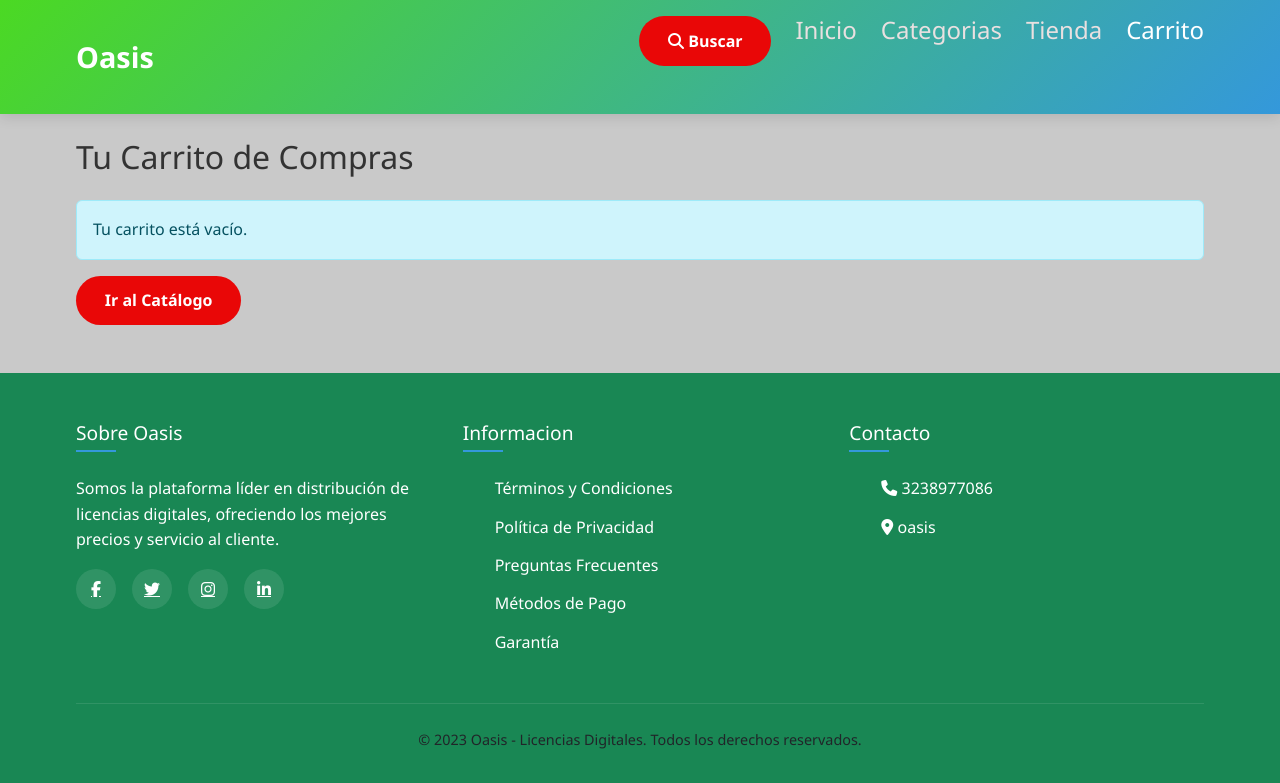
Repository: chicharo2025/oasis
Page: http://localhost/carrito/
These files come from the project's save history. The page is drawn as it stood at one moment and after the next save; the edit follows.
The browser window is 1280 px wide. The pictures show the whole page.
The page is served by the project's application, run on Django 5.2 (django_techstore/manage.py). Other server files are loaded and not shown.

Above is the page before, as saved 2025-04-21 23:45:46.

### django_techstore/productos/templates/productos/carrito.html
{% load static %}
{% include "productos/menu.html" %}

{% block contenido %}
<div class="container mt-4">
    <h2 class="mb-4">Tu Carrito de Compras</h2>

    {% if items_carrito %}
    <div class="table-responsive">
        <table class="table">
            <thead>
                <tr>
                    <th>Producto</th>
                    <th>Precio Unitario</th>
                    <th>Cantidad</th>
                    <th>Subtotal</th>
                    <th>Acciones</th>
                </tr>
            </thead>
            <tbody>
                {% for item in items_carrito %}
                <tr>
                    <td>
                        <div class="d-flex align-items-center">
                            {% if item.producto.imagen %}
                            <img src="{{ item.producto.imagen.url }}" alt="{{ item.producto.nombre }}" class="img-thumbnail" style="width: 80px; height: 80px; object-fit: cover;">
                            {% endif %}
                            <div class="ms-3">
                                <h5>{{ item.producto.nombre }}</h5>
                            </div>
                        </div>
                    </td>
                    <td>${{ item.producto.precio }}</td>
                    <td>
                        <div class="d-flex align-items-center">
                            <a href="{% url 'restar_del_carrito' item.id %}" class="btn btn-sm btn-outline-secondary">-</a>
                            <span class="mx-2">{{ item.cantidad }}</span>
                            <a href="{% url 'añadir_al_carrito' item.id %}" class="btn btn-sm btn-outline-secondary">+</a>
                        </div>
                    </td>
                    <td>${{ item.subtotal }}</td>
                    <td>
                        <a href="{% url 'eliminar_del_carrito' item.id %}" class="btn btn-sm btn-danger">Eliminar</a>
                    </td>
                </tr>
                {% endfor %}
            </tbody>
            <tfoot>
                <tr>
                    <td colspan="3" class="text-end"><strong>Total:</strong></td>
                    <td colspan="2"><strong>${{ total }}</strong></td>
                </tr>
            </tfoot>
        </table>
    </div>

    <div class="d-flex justify-content-between mt-4">
        <a href="{% url 'limpiar_carrito' %}" class="btn btn-warning">Limpiar Carrito</a>
        <a href="{% url 'catalogo' %}" class="btn btn-primary">Seguir Comprando</a>
        <a href="#" class="btn btn-success">Proceder al Pago</a>
    </div>
    {% else %}
    <div class="alert alert-info">
        Tu carrito está vacío.
    </div>
    <a href="{% url 'catalogo' %}" class="btn btn-primary">Ir al Catálogo</a>
    {% endif %}
</div>
{% endblock %}

{% include "productos/footer.html" %}

### django_techstore/productos/templates/productos/menu.html

{% load static %}

<!DOCTYPE html>
<html lang="es">
<head>
    <meta charset="UTF-8">
    <title>OASIS</title>
    <link rel="icon" href="{% static 'img/icon-5577198_1280.png' %}">
    <link href="https://cdn.jsdelivr.net/npm/bootstrap@5.3.3/dist/css/bootstrap.min.css" rel="stylesheet">
    <link rel="stylesheet" href="https://cdnjs.cloudflare.com/ajax/libs/font-awesome/6.5.0/css/all.min.css">
    <link rel="stylesheet" href="{% static 'css/styles.css' %}">
    <script src="static/js/buscador.js"></script>
  </head>
  <body>
    <header>
        <div class="container">
            <div class="header-content">
                <div class="logo">
                    <a href="{% url 'index' %}" class="logo-text">Oasis</a>
                </div>
                <nav>
                    <ul>
                        <form method="get" action="{% url 'product_search' %}">
                            {% csrf_token %}
                            <div class="input-group mb-3">
                            {{ form.query }}
                            <div class="input-group-append">
                                <button class="btn btn-primary" type="submit">
                                <i class="fas fa-search"></i> Buscar
                                </button>
                            </div>
                            </div>
                        </form>
                        <h4><li><a href="{% url 'index' %}">Inicio</a></li></h4>
                        <h4><li><a href="{% url 'lista' %}">Categorias</a></li></h4>
                        <h4><li><a href="{% url 'catalogo' %}">Tienda</a></li></h4>
                        <h4><li class="nav-item">
                                <a class="nav-link" href="{% url 'carrito' %}">
                                    Carrito
                                    {% if request.session.carrito %}
                                    <span class="badge bg-danger">
                                        {{ request.session.carrito|length }}
                                    </span>
                                    {% endif %}
                                </a>
                        </h4></li>
                    </ul>
                </nav>
            </div>
        </div>
    </header>
</body>


<script src="https://cdn.jsdelivr.net/npm/bootstrap@5.3.3/dist/js/bootstrap.bundle.min.js"></script>

### django_techstore/productos/templates/productos/footer.html
    <!-- Footer -->
    <footer class="bg-success text-white mt-5">
        <div class="container">
            <div class="footer-content">
                <div class="footer-column">
                    <h3>Sobre Oasis</h3>
                    <p>Somos la plataforma líder en distribución de licencias digitales, ofreciendo los mejores precios y servicio al cliente.</p>

                    <div class="social-links">
                        <a href="#"><i class="fab fa-facebook-f"></i></a>
                        <a href="#"><i class="fab fa-twitter"></i></a>
                        <a href="#"><i class="fab fa-instagram"></i></a>
                        <a href="#"><i class="fab fa-linkedin-in"></i></a>
                    </div>
                </div>

                <div class="footer-column">
                    <h3>Informacion</h3>
                    <ul>

                        <li><i></i>Términos y Condiciones </li>
                        <li><i></i>Política de Privacidad </li>
                        <li><i></i>Preguntas Frecuentes </li>
                        <li><i></i> Métodos de Pago</li>
                        <li><i></i>Garantía</li>
                    </ul>
                </div>

                <div class="footer-column">
                    <h3>Contacto</h3>
                    <ul>
                        <li><i class="fas fa-phone"></i> 3238977086</li>
                        <li><i class="fas fa-map-marker-alt"></i> oasis</li>
                    </ul>
                </div>
            </div>

            <div class="footer-bottom text-dark">
                <p>&copy; 2023 Oasis - Licencias Digitales. Todos los derechos reservados.</p>
            </div>
        </div>
    </footer>

### django_techstore/productos/views.py
from django.shortcuts import render, get_object_or_404, redirect
from .models import Producto, Categoria
from django.contrib import messages
from decimal import Decimal
from django.views.generic import ListView
from django.db.models import Q
from django.http import JsonResponse

def index(request):
    categorias = Categoria.objects.all()
    productos_oferta = Producto.objects.filter(en_oferta=True)
    productos = Producto.objects.filter(destacado=True)[:4]
    return render(request, 'productos/index.html', {
        'categorias': categorias,
        'productos_oferta': productos_oferta,
        'productos': productos,
    })

def detalle_producto(request, producto_id):
    producto = get_object_or_404(Producto, id=producto_id)
    return render(request, 'productos/detalle.html', {'producto': producto})

def lista(request):
    categoria_id = request.GET.get('categoria')
    categorias = Categoria.objects.all()

    if categoria_id:
        productos = Producto.objects.filter(categoria_id=categoria_id)
    else:
        productos = Producto.objects.all()

    return render(request, 'productos/lista.html', {
        'productos': productos,
        'categorias': categorias,
        'categoria_seleccionada': categoria_id,
    })

def catalogo(request):
    productos = Producto.objects.all()
    return render(request, 'productos/catalogo.html', {'productos': productos})

def carrito(request):
    carrito = request.session.get('carrito', {})

    # Preparar los datos del carrito para la plantilla
    items_carrito = []
    total = Decimal('0.00')

    for producto_id, item in carrito.items():
        producto = get_object_or_404(Producto, id=producto_id)
        subtotal = Decimal(item['precio']) * item['cantidad']
        total += subtotal

        items_carrito.append({
            'producto': producto,
            'cantidad': item['cantidad'],
            'subtotal': subtotal,
            'id': producto_id
        })

    return render(request, 'productos/carrito.html', {
        'items_carrito': items_carrito,
        'total': total
    })

def añadir_al_carrito(request, producto_id):
    producto = get_object_or_404(Producto, id=producto_id)

    carrito = request.session.get('carrito', {})

    producto_id_str = str(producto.id)

    if producto_id_str in carrito:
        carrito[producto_id_str]['cantidad'] += 1
        messages.success(request, f'Cantidad de {producto.nombre} actualizada en el carrito')
    else:
        carrito[producto_id_str] = {
            'nombre': producto.nombre,
            'precio': str(producto.precio),
            'cantidad': 1,
            'imagen': producto.imagen.url if producto.imagen else ''
        }
        messages.success(request, f'{producto.nombre} añadido al carrito')

    request.session['carrito'] = carrito
    return redirect(request.META.get('HTTP_REFERER', 'catalogo'))

def restar_del_carrito(request, producto_id):
    producto = get_object_or_404(Producto, id=producto_id)
    producto_id_str = str(producto_id)

    carrito = request.session.get('carrito', {})

    if producto_id_str in carrito:
        if carrito[producto_id_str]['cantidad'] > 1:
            carrito[producto_id_str]['cantidad'] -= 1
            messages.success(request, f'Cantidad de {producto.nombre} reducida en el carrito')
        else:
            del carrito[producto_id_str]
            messages.success(request, f'{producto.nombre} eliminado del carrito')

        request.session['carrito'] = carrito
    else:
        messages.error(request, 'El producto no está en el carrito')

    return redirect('carrito')

def eliminar_del_carrito(request, producto_id):
    producto = get_object_or_404(Producto, id=producto_id)
    producto_id_str = str(producto_id)

    carrito = request.session.get('carrito', {})

    if producto_id_str in carrito:
        del carrito[producto_id_str]
        messages.success(request, f'{producto.nombre} eliminado del carrito')
        request.session['carrito'] = carrito
    else:
        messages.error(request, 'El producto no está en el carrito')

    return redirect('carrito')

def limpiar_carrito(request):
    if 'carrito' in request.session:
        del request.session['carrito']
        messages.success(request, 'Carrito vaciado correctamente')
    return redirect('carrito')



class ProductSearchView(ListView):
    model = Producto
    template_name = 'productos/buscar.html'
    context_object_name = 'productos'

    def get_queryset(self):
        query = self.request.GET.get('q', '')
        if query:
            # Versión corregida usando objetos Q() correctamente
            return Producto.objects.filter(
                Q(name__icontains=query) |
                Q(description__icontains=query) |
                Q(category__name__icontains=query)
            ).distinct()
        return Producto.objects.none()

def product_autocomplete(request):
    if 'term' in request.GET:
        query = request.GET.get('term', '')
        products = Producto.objects.filter(name__icontains=query)[:10]
        results = [{
            'label': p.name,
            'value': p.name,
            'url': p.get_absolute_url()
        } for p in products]
        return JsonResponse(results, safe=False)
    return JsonResponse([], safe=False)

### django_techstore/django_techstore/urls.py
from django.contrib import admin
from django.urls import path
from django.conf import settings
from django.conf.urls.static import static
from django.contrib import admin
from django.urls import path, include

urlpatterns = [
    path('admin/', admin.site.urls),
    path('', include('productos.urls')),
]+ static(settings.MEDIA_URL, document_root=settings.MEDIA_ROOT)

### django_techstore/productos/urls.py
from django.urls import path
from django.conf.urls.static import static
from django.conf import settings
from . import views
from .views import ProductSearchView, product_autocomplete

urlpatterns = [
    path('', views.index, name='index'),
    path('producto/<int:producto_id>/', views.detalle_producto, name='detalle_producto'),
    path('lista/', views.lista, name='lista'),
    path('catalogo/', views.catalogo, name='catalogo'),
    path('carrito/', views.carrito, name='carrito'),
    path('añadir-al-carrito/<int:producto_id>/', views.añadir_al_carrito, name='añadir_al_carrito'),
    path('restar-del-carrito/<int:producto_id>/', views.restar_del_carrito, name='restar_del_carrito'),
    path('eliminar-del-carrito/<int:producto_id>/', views.eliminar_del_carrito, name='eliminar_del_carrito'),
    path('limpiar-carrito/', views.limpiar_carrito, name='limpiar_carrito'),
    path('buscar/', ProductSearchView.as_view(), name='product_search'),
    path('autocomplete/', product_autocomplete, name='product_autocomplete'),
]+ static(settings.MEDIA_URL, document_root=settings.MEDIA_ROOT)

Loaded but not shown: django_techstore/static/js/buscador.js (81 lines, source omitted); django_techstore/static/css/styles.css (589 lines, source omitted)

After the next save:
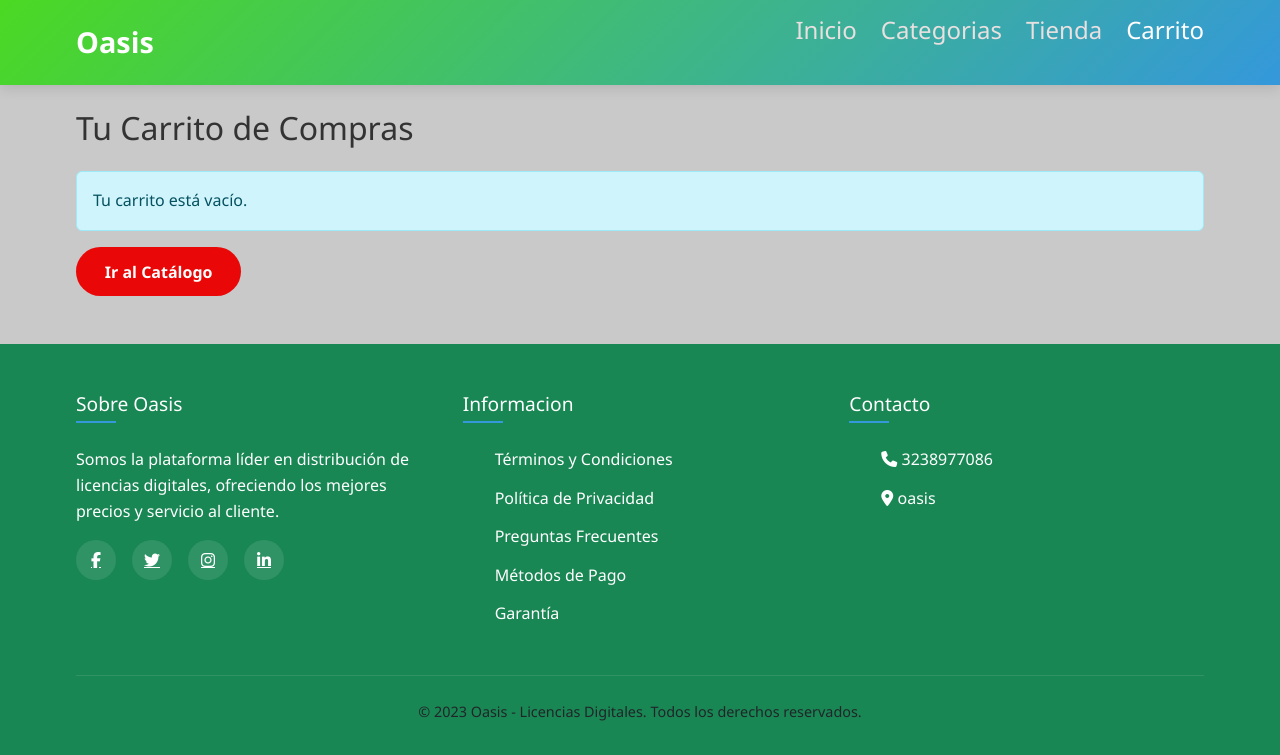
Saved 61 s later.
--- a/django_techstore/productos/templates/productos/menu.html
+++ b/django_techstore/productos/templates/productos/menu.html
@@ -21,17 +21,7 @@
                 </div>
                 <nav>
                     <ul>
-                        <form method="get" action="{% url 'product_search' %}">
-                            {% csrf_token %}
-                            <div class="input-group mb-3">
-                            {{ form.query }}
-                            <div class="input-group-append">
-                                <button class="btn btn-primary" type="submit">
-                                <i class="fas fa-search"></i> Buscar
-                                </button>
-                            </div>
-                            </div>
-                        </form>
+
                         <h4><li><a href="{% url 'index' %}">Inicio</a></li></h4>
                         <h4><li><a href="{% url 'lista' %}">Categorias</a></li></h4>
                         <h4><li><a href="{% url 'catalogo' %}">Tienda</a></li></h4>

After the save that followed:
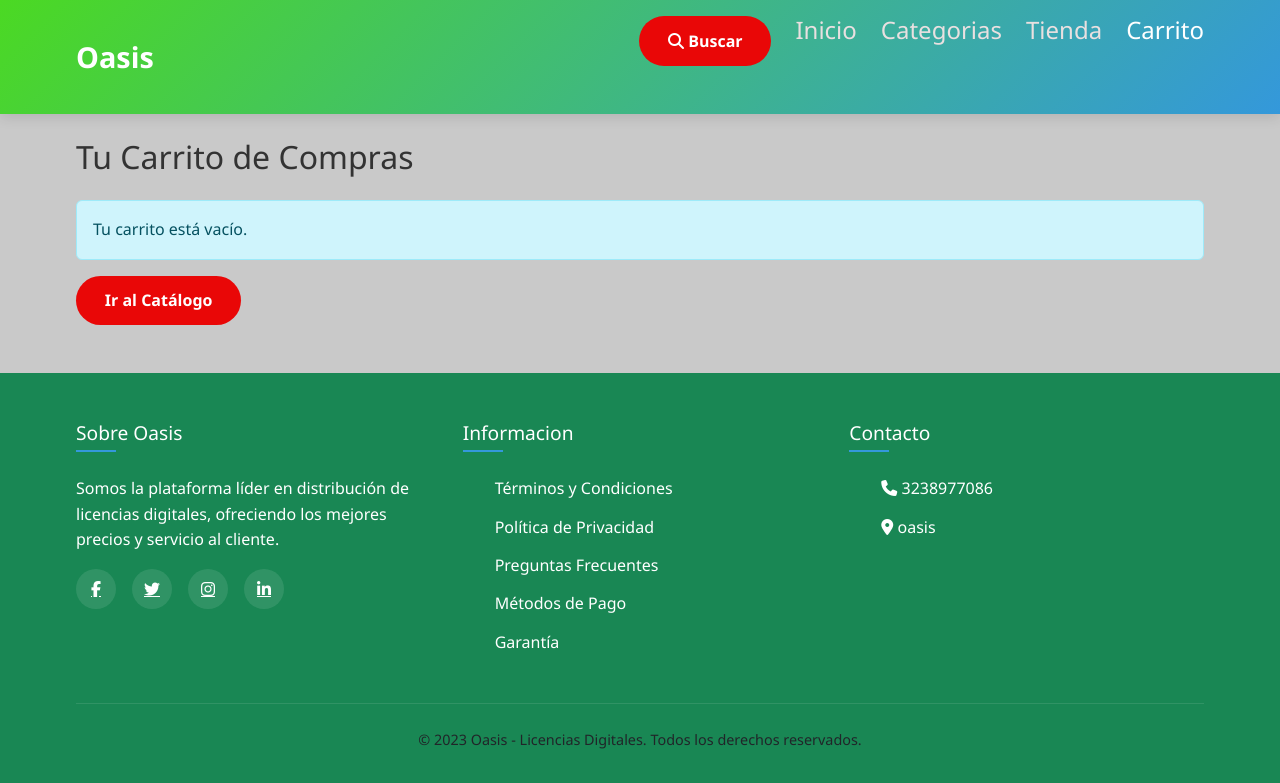
Saved 6 s later.
--- a/django_techstore/productos/templates/productos/menu.html
+++ b/django_techstore/productos/templates/productos/menu.html
@@ -21,7 +21,17 @@
                 </div>
                 <nav>
                     <ul>
-
+                        <form method="get" action="{% url 'product_search' %}">
+                            {% csrf_token %}
+                            <div class="input-group mb-3">
+                            {{ form.query }}
+                            <div class="input-group-append">
+                                <button class="btn btn-primary" type="submit">
+                                <i class="fas fa-search"></i> Buscar
+                                </button>
+                            </div>
+                            </div>
+                        </form>
                         <h4><li><a href="{% url 'index' %}">Inicio</a></li></h4>
                         <h4><li><a href="{% url 'lista' %}">Categorias</a></li></h4>
                         <h4><li><a href="{% url 'catalogo' %}">Tienda</a></li></h4>
